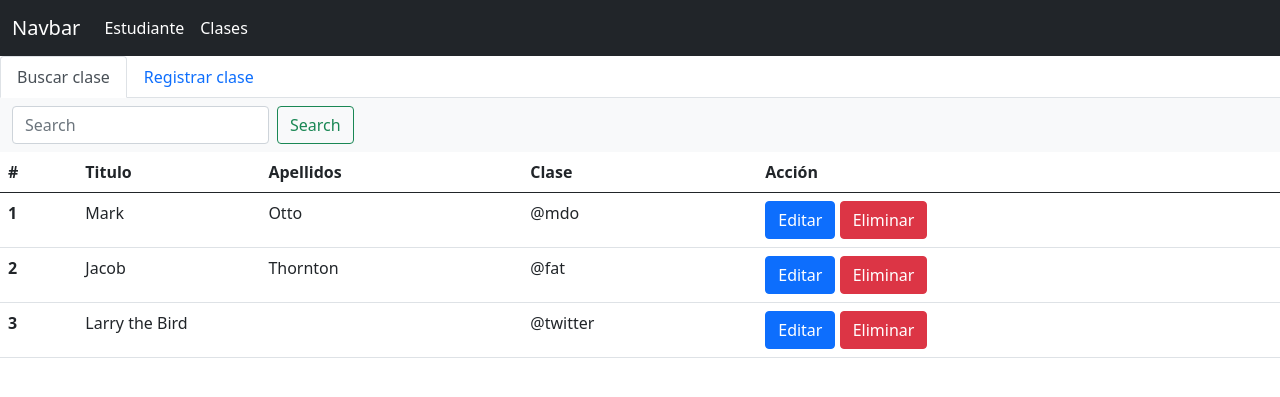
Repository: PabloTPZ/DigitalBolivia
Page: http://localhost/RegisterStudents/class.jsp
The author's editor kept a copy of each file at every save. The page is drawn from the files as they stood at one save, then again after the next save.
The browser window is 1280 px wide. The pictures show the whole page.
Some web libraries are served in a nearby version. The page is served by Tomcat 9.

Above is the page before, as saved 2021-02-05 03:15:26.

After the next save:
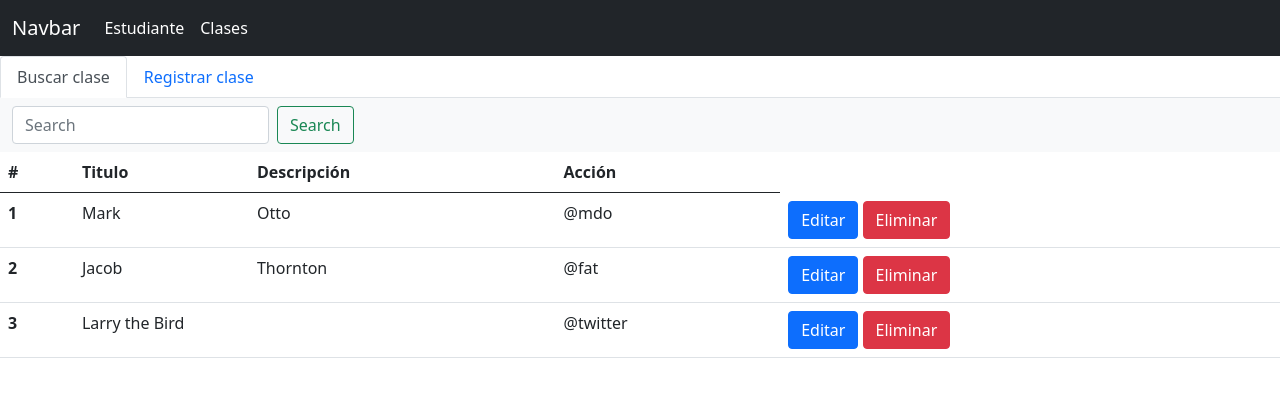
Saved 13 s later.
--- a/RegisterStudents/WebContent/class.jsp
+++ b/RegisterStudents/WebContent/class.jsp
@@ -54,8 +54,7 @@
     <tr>
       <th scope="col">#</th>
       <th scope="col">Titulo</th>
-      <th scope="col">Apellidos</th>
-      <th scope="col">Clase</th>
+      <th scope="col">Descripción</th>
       <th scope="col">Acción</th>
     </tr>
   </thead>
